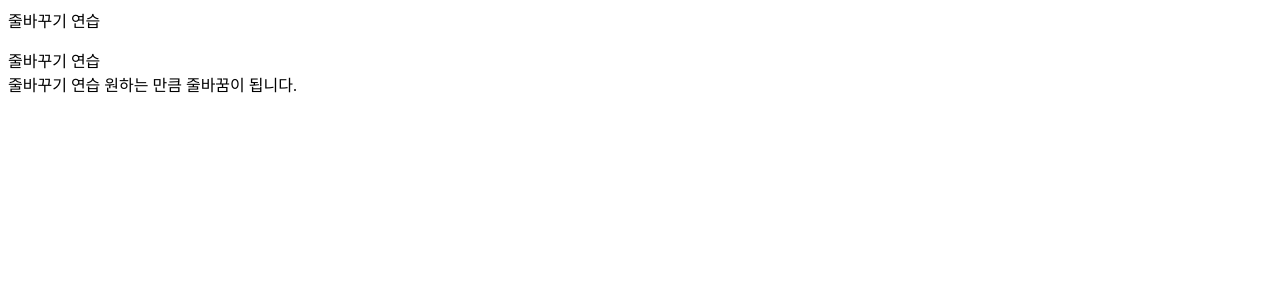
Repository: sungeunbyeol/Nowon-ezen-jsp
Page: test/WebContent/test02.html
The author's editor kept a copy of each file at every save. The page is drawn from the files as they stood at one save, then again after the next save.
The browser window is 1280 px wide. The pictures show the whole page.

Above is the page before, as saved 2021-11-02 01:51:15.

After the next save:
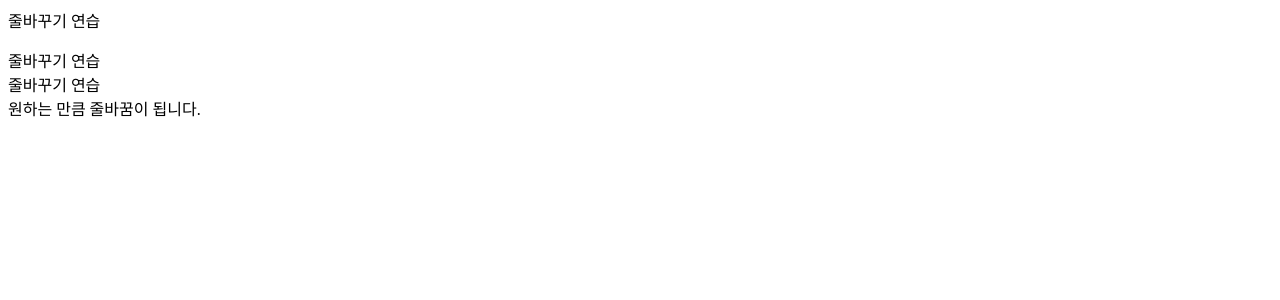
Saved 44 s later.
--- a/test/WebContent/test02.html
+++ b/test/WebContent/test02.html
@@ -6,7 +6,7 @@
 <body>
 	<p>줄바꾸기 연습</p>
 	<div>줄바꾸기 연습</div>
-	줄바꾸기 연습
+	줄바꾸기 연습<br>
 	원하는 만큼 줄바꿈이 됩니다.
 </body>
 </html>
